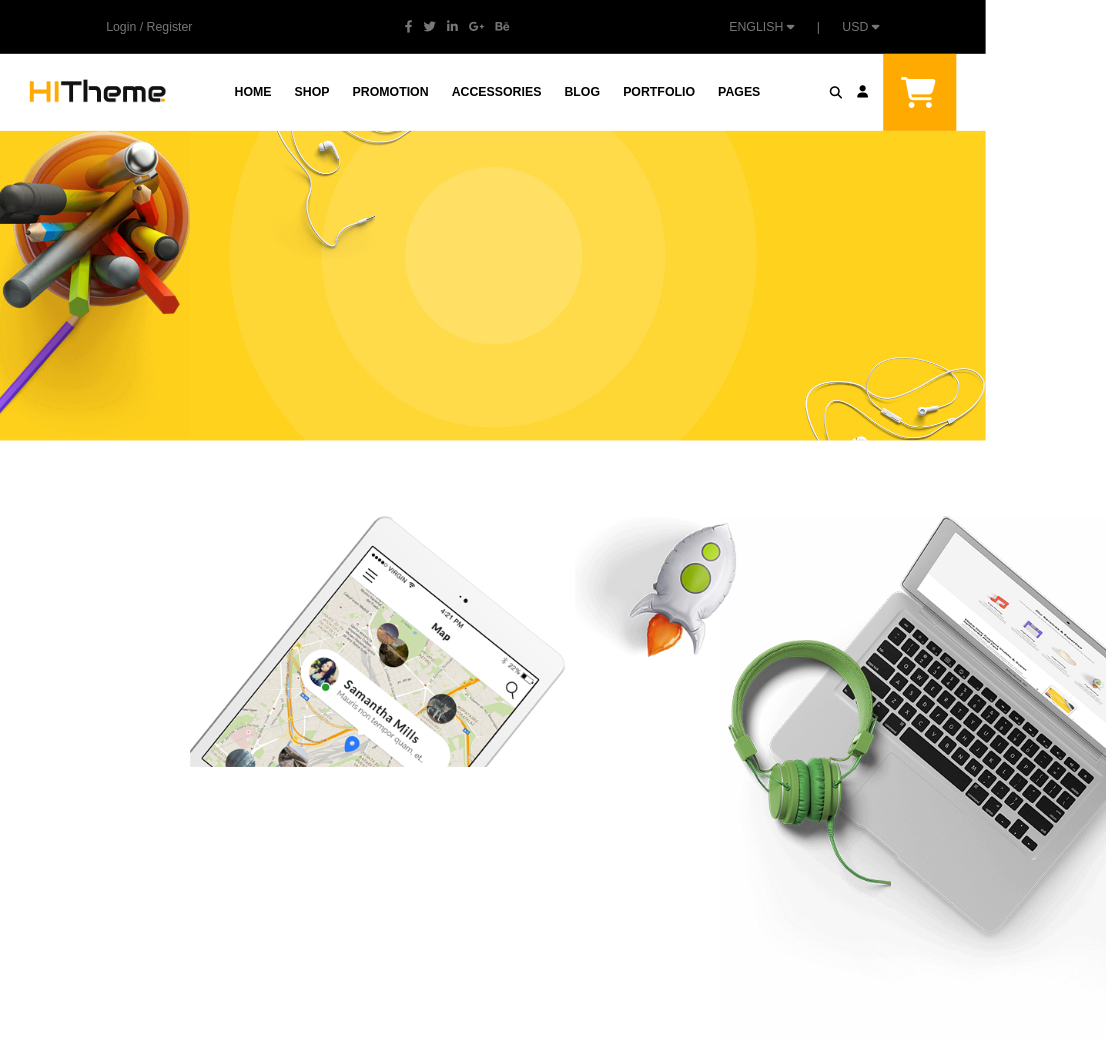
Repository: Thach1311/DU-AN-WEB-BAN-HANG-
Page: index1.html
An editor plug-in stored every save of this project. The page is shown before and after the next save, followed by the edit.
The browser window is 1280 px wide. The page is 1437 px wide, so the pictures cover 1437 px, including what lies to the right of the window. The pictures show the whole page, at 77% of full size.

Above is the page before, as saved 2023-02-23 17:33:53.

After the next save:
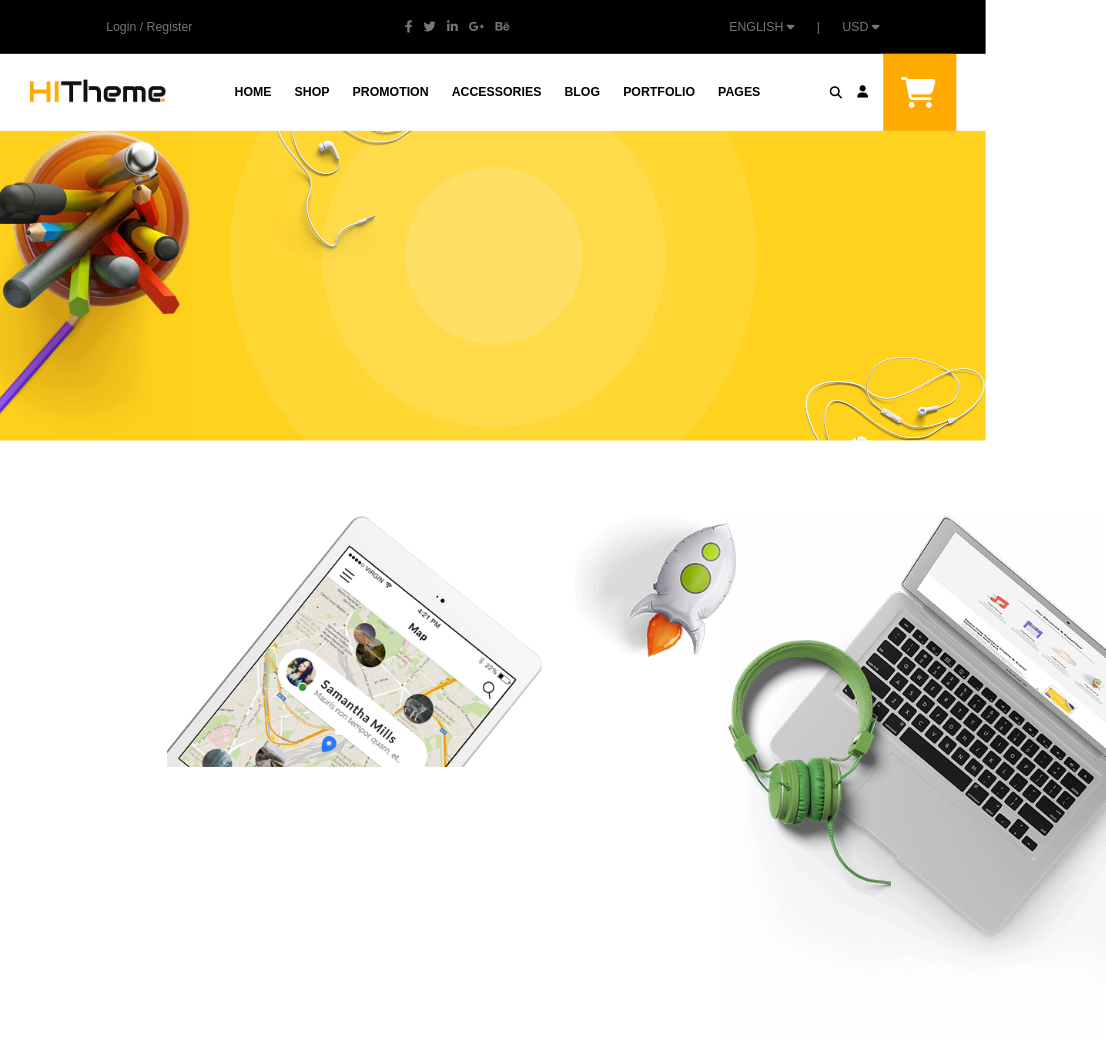
Saved 20 s later.
--- a/CSS/style1.css
+++ b/CSS/style1.css
@@ -648,12 +648,12 @@
 
 @keyframes go {
     from {
-        margin-top: 500px;
+        margin-left: 50px;
 
 
     }
     to{
-
-        margin-bottom: 500px;
+        margin-left: -50px;
+
     }
 }
